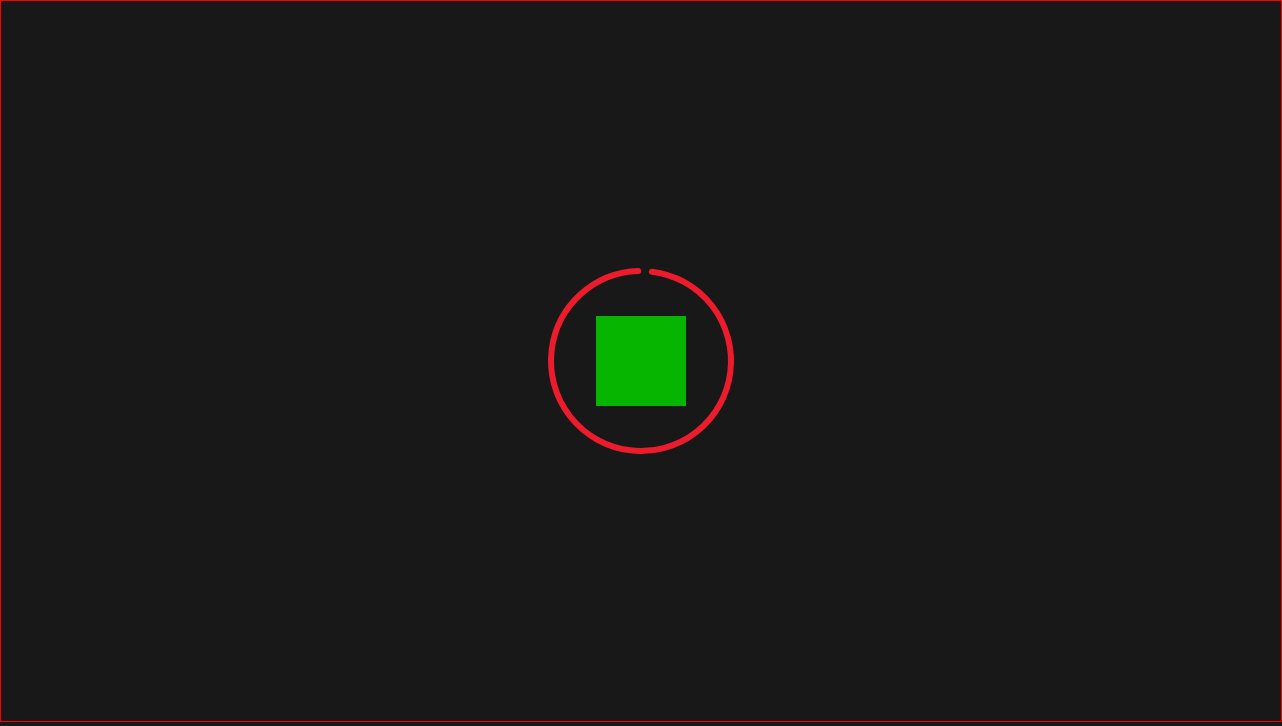
Repository: randy918/chris-canvas-52323
Page: index.html
The author's editor kept a copy of each file at every save. The page is drawn from the files as they stood at one save, then again after the next save.
The browser window is 1280 px wide. The page is 1282 px wide, so the pictures cover 1282 px, including what lies to the right of the window. The pictures show the whole page.
The style sheet was rebuilt from its Sass, Less or Tailwind sources for each picture, by a compiler version that may differ from the author's.

Above is the page before, as saved 2023-05-26 16:28:51.

### index.html
<!DOCTYPE html>
<html lang="en">
	<head>
		<meta charset="UTF-8" />
		<meta http-equiv="X-UA-Compatible" content="IE=edge" />
		<meta
			name="viewport"
			content="width=device-width, initial-scale=1.0"
		/>
		<link
			rel="stylesheet"
			href="css/main.css"
			<script
			src="https://ajax.googleapis.com/ajax/libs/jquery/3.6.3/jquery.min.js"
			defer
		/>

		<title>Canvas Resize</title>
	</head>

	<body>
		<canvas></canvas>

		<script src="js/myfunctions.js"></script>
		<script src="js/canvas.js"></script>
	</body>
</html>

<!-- ca1f26ba6eb2ba4fb641257b39d3bea7 -->

### js/myfunctions.js
//todo   function r(min, max)  Random integers, can be just 'max'
//todo   function getTime()--works! it is 72519.1414 format
//todo   function getCompleteDate()
//todo   function getMinute()
//todo   function getHour()
//todo   function getHour00()
//todo   function get24Hour()
//todo   function get24Hour00()
//todo   function getDay()
//todo   function getDay00()
//todo   function getMonth()
//todo   function getMonth00()
//todo   function getYear()
//todo   function getYear00()
//todo   function t()    eternal timestamp long number
//todo   function placeText(myIdClass, text)   unsure if it works?
//todo   function placeText2(myIdClass, text)   unsure if it works?
//todo   function getText(myIdClass)....brings whole line incl. tags
//todo   function getInnerText(myIdClass)
//todo   function getOuterText(myIdClass)
//todo   function addClass(myIdClass, newClass)
//todo   function removeClass(myIdClass, removeClass)
//todo   function changeBackgroundColor(myIdClass, color)
//todo   function changeTypeColor(myIdClass, color)
//todo   function changeTypeSize(myIdClass, size)
//todo   function addCSSText(myIdClass, text)



function r(min, max) {
  // 2.0, accepts single value for 1-x
  if (max === undefined) {
    max = min;
    min = 1;
  }
  const randomNumber = min - 1 + Math.ceil(Math.random() * (max + 1 - min));
  return randomNumber;
}
// may not be a real function
function getTime() {
  var today = new Date();
  var codeMonth = today.getMonth() + 1;
  var codeDay = today.getDate();
  if (codeDay < 10) {
    codeDay = "0" + codeDay;
  }
  var codeMinute = today.getMinutes();
  var codeHour = today.getHours();
  if (codeMinute < 10) {
    codeMinute = "0" + codeMinute;
  }
  if (codeHour < 10) {
    codeHour = "0" + codeHour;
  }
  var codeYear = today.getFullYear() - 2000;
  var dateTime =
    codeMonth + "" + codeDay + "" + codeYear + "." + codeHour + "" + codeMinute;
  // document.getElementById(`timeStamp`).innerHTML = dateTime;
  t = setTimeout(function () {
    getTime();
  }, 30000);
  return dateTime;
}

function getCompleteDate() {
  const today = new Date();
  return today;
}

function getMinute() {
  const today = new Date();
  const codeMinute = today.getMinutes();
  if (codeMinute < 10) {
    codeMinute = "0" + codeMinute;
  }
  return codeMinute;
}

function getMinute00() {
  const today = new Date();
  let codeMinute = today.getMinutes();
  if (codeMinute < 10) {
    codeMinute = "0" + codeMinute;
  }
  return codeMinute;
}

function getHour() {
  const today = new Date();
  let codeHour = today.getHours();
  if (codeHour > 12) {
    codeHour = codeHour - 12;
  }
  return codeHour;
}

function getAmPm() {
  let amPm = "am";
  const today = new Date();
  let codeHour = today.getHours();
  if (codeHour > 12) {
    amPm = "pm";
  }
  return amPm;
}

function getHour00() {
  const today = new Date();
  const codeHour = today.getHours();
  if (codeHour > 12) {
    codeHour = codeHour - 12;
  }
  if (codeHour < 10) {
    codeHour = "0" + codeHour;
  }
  return codeHour;
}

function get24Hour() {
  const today = new Date();
  const codeHour = today.getHours();
  return codeHour;
}

function get24Hour00() {
  const today = new Date();
  const codeHour = today.getHours();
  if (codeHour < 10) {
    codeHour = "0" + codeHour;
  }
  return codeHour;
}

function getDayVerbal() {
  const today = new Date();
  const codeDay = today.getDay() + 1;
  return theDay[codeDay];
}

function getDay00() {
  const today = new Date();
  const codeDay = today.getDate();
  if (codeDay < 10) {
    codeDay = "0" + codeDay;
  }
  return codeDay;
}

function getDay() {
  const today = new Date();
  const codeDay = today.getDate();
  return codeDay;
}

function getMonthVerbal() {
  const today = new Date();
  const codeMonth = today.getMonth() + 1;
  return theMonth[codeMonth];
}

function getMonth00() {
  const today = new Date();
  const codeMonth = today.getMonth() + 1;
  if (codeMonth < 10) {
    codeMonth = "0" + codeMonth;
  }
  return codeMonth;
}

function getMonth() {
  const today = new Date();
  const codeMonth = today.getMonth() + 1;
  return codeMonth;
}

function getYear00() {
  const today = new Date();
  const codeYear = today.getYear() - 100;
  if (codeYear < 10) {
    codeMYear = "0" + codeYear;
  }
  return codeYear;
}

function getYear() {
  const today = new Date();
  const codeYear = today.getYear() + 1900;
  return codeYear;
}

function t() {
  const now = new Date();
  eventTimestamp = now.getTime();
  // c(eventTimestamp);
  return eventTimestamp;
}
//    !  72419.1659 DOM MANIPULATION
//!
//!  placeText   element name, and text to put there--runs loosely?

function placeText(myIdClass, text) {
  const myElement = document.querySelector(myIdClass);
  myElement.innerText = text;
}
//    the function is longer than the original
// $(myIdClass).text(text)   <---works
function placeText2(myIdClass, text) {
  $(myIdClass).text(text);
}
function getText(myIdClass) {
  return document.querySelector(myIdClass);
}

function getInnerText(myIdClass) {
  return document.querySelector(myIdClass).innerHTML;
}

function getOuterText(myIdClass) {
  return document.querySelector(myIdClass).outerHTML;
}

function addClass(myIdClass, newClass) {
  document.querySelector(myIdClass).classList.add(newClass);
}

function removeClass(myIdClass, removeClass) {
  document.querySelector(myIdClass).classList.remove(removeClass);
}
// not sure what this one is for now
function containsClass(myIdClass, containsClass) {
  document.querySelector(myIdClass).classList.contains(containsClass);
}
// above, can switch and toggle  also  mmtuts YOUTUBE 29-31 USING JAVASCRIPT
function changeBackgroundColor(myId, color) {
  document.getElementById(myId).style.background = color;

  // document.querySelector(myIdClass).style.backgroundColor = color;
}

function changeTypeColor(myIdClass, color) {
  document.querySelector(myIdClass).style.color = color;
}

function changeTypeSize(myIdClass, size) {
  document.querySelector(myIdClass).style.fontSize = size;
}

function addCSSText(myIdClass, text) {
  document.querySelector(myIdClass).style.cssText = text;
}

//!  72519.1714    Common Basic VARIABLE ARRAYS
var theDay = new Array(
  "Zero",
  "Sunday",
  "Monday",
  "Tuesday",
  "Wednesday",
  "Thursday",
  "Friday",
  "Saturday"
);
var theDayMin3 = new Array(
  "Zero",
  "Sun.",
  "Mon.",
  "Tues.",
  "Wed.",
  "Thurs.",
  "Fri.",
  "Sat."
);
var theDayMin2 = new Array("Zero", "S", "M", "Tu", "W", "Th", "F", "S");
var theDayMin1 = new Array("Zero", "S", "M", "T", "W", "T", "F", "S");
var theMonth = new Array(
  "Zero",
  "January",
  "February",
  "March",
  "April",
  "May",
  "June",
  "July",
  "August",
  "September",
  "October",
  "November",
  "December"
);
var theMonthMin = new Array(
  "Zero",
  "Jan.",
  "Feb.",
  "Mar.",
  "Apr.",
  "May",
  "June",
  "July",
  "Aug.",
  "Sept.",
  "Oct.",
  "Nov.",
  "Dec."
);

function showDateTimeFormat() {
  const today = new Date();
  const formattedDate = new Intl.DateTimeFormat("en-US").format(today);
  const consoleFunctioningMessage = `
Console functioning: ${getDayVerbal()}, ${getMonthVerbal()} ${getDay()} at ${getHour()}:${getMinute00()}${getAmPm()}
  `;
  return consoleFunctioningMessage;
}
showDateTimeFormat();

console.log(`%c${showDateTimeFormat()}`, "font-size: 20px; color: gray");

//console.log("%cThis is a default font style", "color: blue; font-size: 20px");

### js/canvas.js
//!  121822.0826        FUNCTIONS

const init = function () {
	main();
};

window.onload = function () {
	init();
};

//!  123122.1839        MAIN================================================

const main = function () {
	//!  10123.1609  variables

	const canvas = document.querySelector("canvas");
	canvas.width = window.innerWidth;
	canvas.height = window.innerHeight;

	let defaultX = canvas.width / 2;
	let defaultY = canvas.height / 2;
	const DEFAULTWIDTH = 200;
	const DEFAULTHEIGHT = 200;
	const DEFAULTSTROKEWIDTH = 6;

	let defaultWidth = DEFAULTWIDTH;
	let defaultHeight = DEFAULTHEIGHT;
	let defaultStrokeWidth = DEFAULTSTROKEWIDTH;

	const c = canvas.getContext("2d");

	//!  10123.1609 functions

	//!  10123.1609 LIBRARY

	const c_Animate = function () {
		requestAnimationFrame(c_Animate);
	};

	const c_Circle = function (
		defaultX,
		defaultY,
		size,
		defaultHeight
	) {
		c.beginPath();
		c.arc(defaultX, defaultY, size, -1.45, 1.49 * Math.PI);
		c.stroke();
	};

	const c_Fill = function (color, size) {
		c.fillStyle = color;
	};

	const c_Square = function (defaultX, defaultY, size) {
		c.beginPath();
		c.fillRect(
			defaultX - size / 2,
			defaultY - size / 2,
			size,
			size
		);
		c.stroke();
	};

	const c_Stroke = function (color, size) {
		c.strokeStyle = color;
		c.lineWidth = defaultStrokeWidth;
        c.lineCap = "round";

	};

	//!  10123.161 0  main body=========================================

	//line
	c_Stroke("#ed1c2c");
	c_Circle(defaultX, defaultY, 90);
	c_Fill("#05b500");
	c_Square(defaultX, defaultY, 90);
	c_Animate();
};

//!  123122.1839  END

### css/main.scss
$colors: (
    bg: rgba(55, 66, 76, 1),
    theGreen: rgba(0, 173, 43, 1),
    theRed: rgba(194, 47, 51, 1),
    theOrange: rgba(255, 103, 0, 1),
    theRodeoPink: #f1a1a4,
    theRodeoBlue: #7f86b0,
    theYellow: rgb(221, 172, 94),
    theGray: rgb(78, 92, 107),
    theBackground: rgba(241, 227, 214, 1),
    theDarkGray: rgba(43, 50, 56, 1),
    theBrown: rgba(101, 42, 36, 1),
    bitByBitRed: rgba(240, 44, 80, 1),
    bitByBitBlue: rgba(0, 79, 136, 1),
    bitByBitBlonde: rgba(241, 227, 214, 1),
    bbb2-TranquilSea: rgba(188, 199, 203, 1),
    bbb2-RedMyMind: rgba(143, 57, 56, 1),
    bbb2-SnowyPine: rgba(226, 223, 216, 1),
    bbb2-Basswood: rgba(188, 166, 142, 1),
    bbb2-CompassBlue: rgba(51, 66, 87, 1),
    f1: rgba(237, 28, 44, 1),
    f2: rgba(240, 87, 35, 1),
    f3: rgba(242, 203, 21, 1),
    f4: rgba(5, 181, 0, 1),
    f5: rgba(0, 29, 150, 1),
    f6: rgba(50, 50, 50, 1),
    f7: rgba(36, 36, 36, 1),
    f8: rgba(24, 24, 24, 1),
);

@function getColor($color-name) {
    @return map-get($colors, $color-name);
}

* {
    box-sizing: border-box;
    border: none;
}

body {
    color: getColor(bbb2-TranquilSea);
    background: getColor(f8);
    margin: 0;
}

h1 {
}

#inputValue {
    width: 40vw;
    font-size: 2vw;
    outline: none;
}

#search {
    color: beige;
    background-color: getColor(theDarkGray);
    outline: none;
    font-size: 2vw;
}

canvas {
    border: 1px solid red;
}

After the next save:
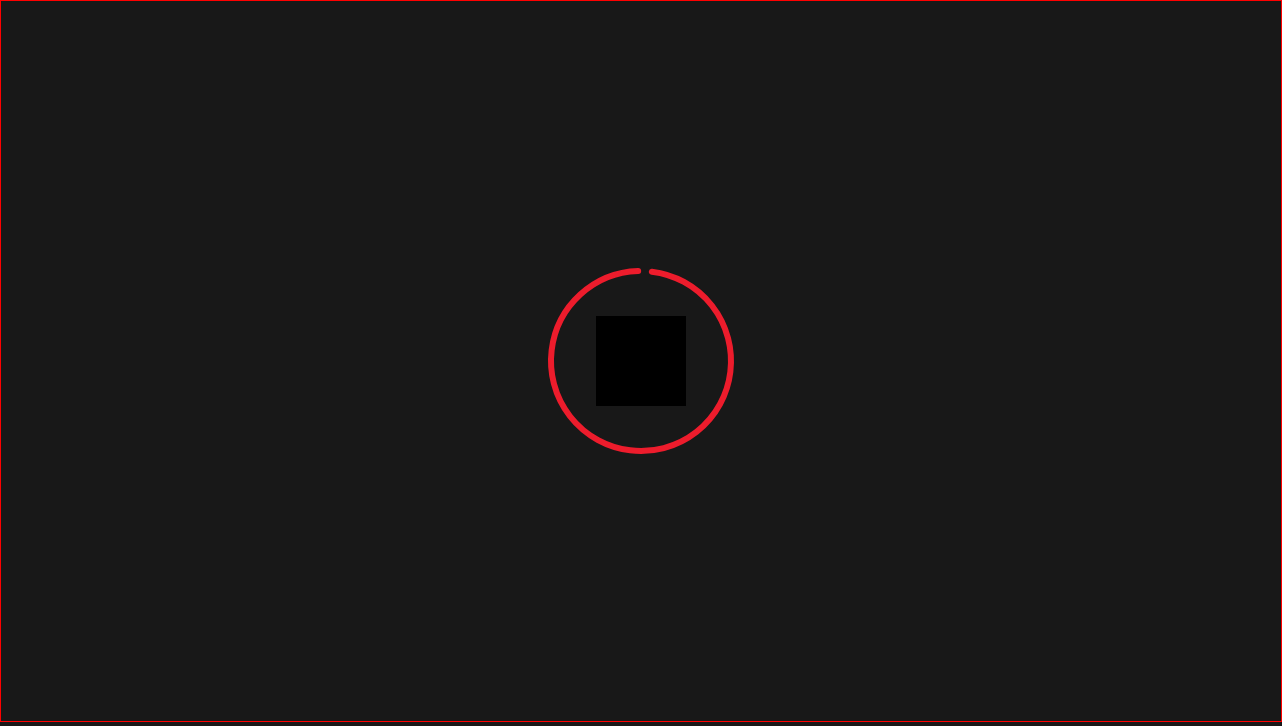
Saved 17 s later.
--- a/js/canvas.js
+++ b/js/canvas.js
@@ -75,8 +75,8 @@
 	//line
 	c_Stroke("#ed1c2c");
 	c_Circle(defaultX, defaultY, 90);
+	c_Square(defaultX, defaultY, 90);
 	c_Fill("#05b500");
-	c_Square(defaultX, defaultY, 90);
 	c_Animate();
 };
 

After the 2 saves that followed:
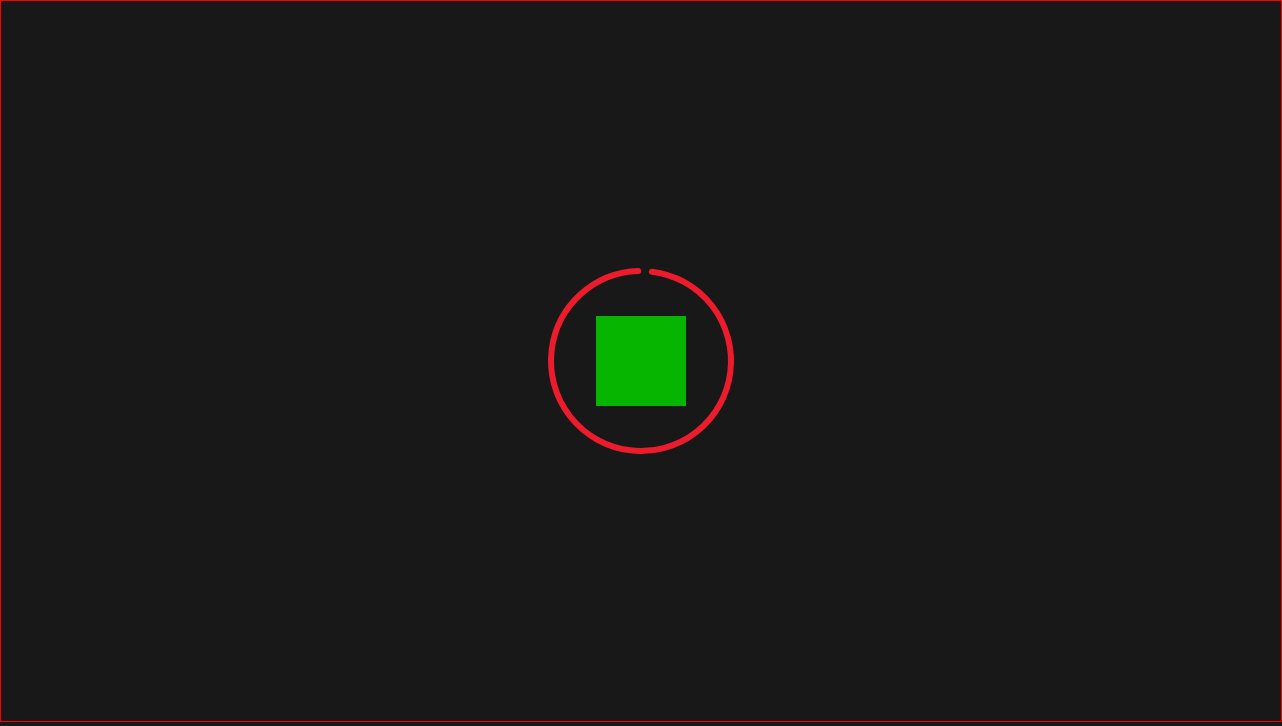
The 2 saves are shown as one change because they came seconds apart.
The last was saved 9 s later.
--- a/js/canvas.js
+++ b/js/canvas.js
@@ -74,9 +74,9 @@
 
 	//line
 	c_Stroke("#ed1c2c");
+	c_Fill("#05b500");
 	c_Circle(defaultX, defaultY, 90);
 	c_Square(defaultX, defaultY, 90);
-	c_Fill("#05b500");
 	c_Animate();
 };
 
